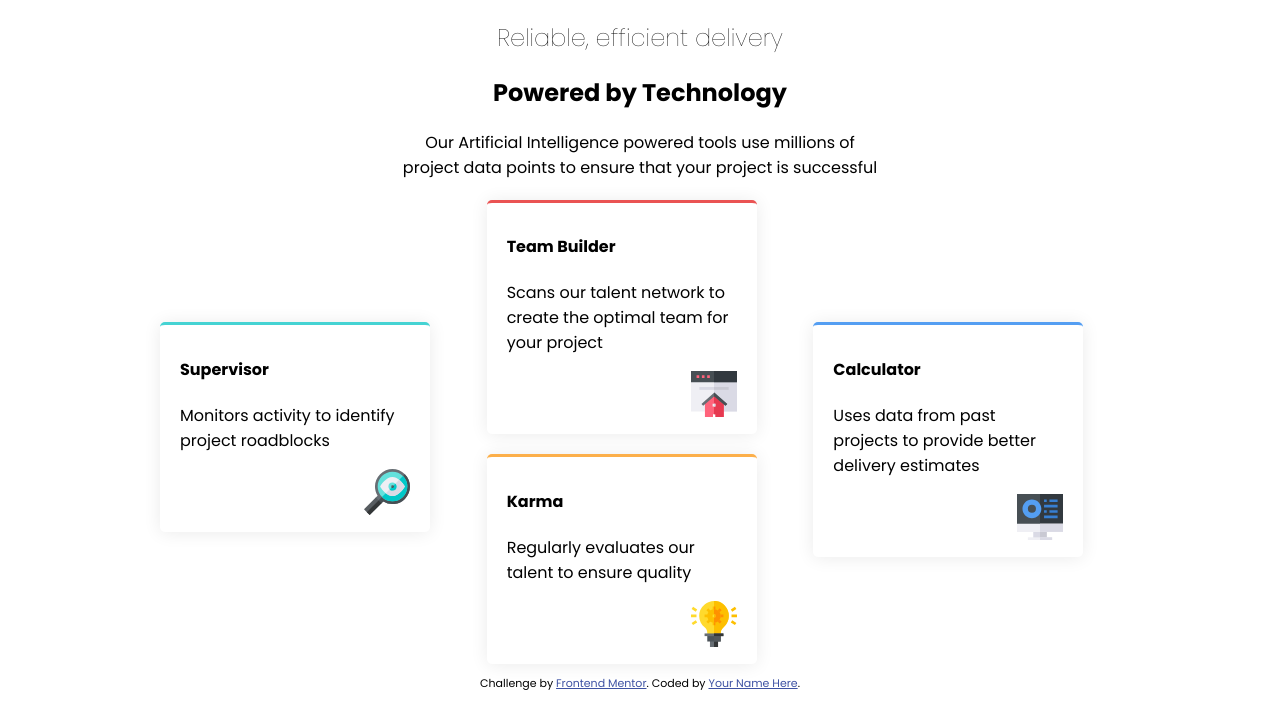
Repository: BuduCE/four-card-feature-section-master
Page: index.html
The author's editor kept a copy of each file at every save. The page is drawn from the files as they stood at one save, then again after the next save.
The browser window is 1280 px wide. The pictures show the whole page.

Above is the page before, as saved 2023-06-06 15:54:03.

### index.html
<!DOCTYPE html>
<html lang="en">
<head>
  <meta charset="UTF-8">
  <meta name="viewport" content="width=device-width, initial-scale=1.0"> <!-- displays site properly based on user's device -->

  <link rel="icon" type="image/png" sizes="32x32" href="./images/favicon-32x32.png">

  <title>Frontend Mentor | Four card feature section</title>

  <link rel="stylesheet" href="styles.css">
  <!-- Gogle font family -->
  <link rel="preconnect" href="https://fonts.googleapis.com">
  <link rel="preconnect" href="https://fonts.gstatic.com" crossorigin>
  <link
    href="https://fonts.googleapis.com/css2?family=Montserrat:ital,wght@0,200;0,300;0,400;0,500;0,600;0,700;0,800;0,900;1,200;1,300;1,400;1,500;1,600;1,700;1,800;1,900&family=Poppins:wght@100;200;300;400;500;700;900&display=swap"
    rel="stylesheet">
</head>
<body>
  <h2 class="light">Reliable, efficient delivery</h2>
  <h2>Powered by Technology</h2>

  <p class="header_detail">Our Artificial Intelligence powered tools use millions of project data points
  to ensure that your project is successful</p>

  <div class="product_card">
    <div class="card_containers">
      <div class="card specialX a">
        <h4>Supervisor</h4>
        <p>Monitors activity to identify project roadblocks</p>
        <img src="./images/icon-supervisor.svg" alt="">
      </div>
    </div>

    <div class="card_containers special">
      <div class="card b">
        <h4>Team Builder</h4>
        <p>Scans our talent network to create the optimal team for your project</p>
        <img src="./images/icon-team-builder.svg" alt="">
      </div>

      <div class="card c">
        <h4>Karma</h4>
        <p>Regularly evaluates our talent to ensure quality</p>
        <img src="./images/icon-karma.svg" alt="">
      </div>
    </div>

    <div class="card_containers">
      <div class="card specialX d">
        <h4>Calculator</h4>
        <p>Uses data from past projects to provide better delivery estimates</p>
        <img src="./images/icon-calculator.svg" alt="">
      </div>
    </div>
  </div>

  <footer>
    <p class="attribution">
      Challenge by <a href="https://www.frontendmentor.io?ref=challenge" target="_blank">Frontend Mentor</a>.
      Coded by <a href="#">Your Name Here</a>.
    </p>
  </footer>
</body>
</html>

### styles.css
.attribution {
    font-size: 11px;
    text-align: center;
}

.attribution a {
    color: hsl(228, 45%, 44%);
}

body {
    font-family: 'Poppins', sans-serif;
    text-align: center;
    width: 75%;
    margin: auto;
}
@media screen and (max-width: 728px) {
    body{
        width: 95%;
    }
}
.light{
    font-weight: lighter;
}
.header_detail{
    width: 50%;
    margin: auto;
}
.product_card{
    display: grid;
    grid-template-columns: 1fr 1fr 1fr;
    /* display: flex;
    align-items: center; */
    gap: 20px;
    width: 100%;
    margin: auto;
    margin-top: 20px;
}
@media screen and (max-width: 783px) {
    .product_card{
        grid-template-columns: 1fr;
    }
}
.card{
    padding: 10px 20px;
    width: 75%;
    text-align: left;
    -webkit-box-shadow: 0px 1px 18px 0px rgba(235, 235, 235, 1);
        -moz-box-shadow: 0px 1px 18px 0px rgba(235, 235, 235, 1);
        box-shadow: 0px 1px 18px 0px rgba(235, 235, 235, 1);
        border-radius: 5px;
}
.specialX{
    margin-top: 40%;
}
.special{
    display: flex;
    flex-direction: column;
    gap: 20px;
}
.a{
    border-top: 3px solid hsl(180, 62%, 55%);
}
.b{
    border-top: 3px solid hsl(0, 78%, 62%);
}
.c{
    border-top: 3px solid hsl(34, 97%, 64%);
}
.d{
    border-top: 3px solid hsl(212, 86%, 64%);
}
.card img{
    width: 20%;
    margin-left: 80%;
}

### images/icon-supervisor.svg
<svg xmlns="http://www.w3.org/2000/svg" width="64" height="64"><g fill="none"><path fill="#676E74" d="M56.842 7.158c-9.526-9.563-24.902-9.525-34.428 0-8.025 8.026-9.45 20.44-3.525 30.003l-2.513 2.55-1.356 6.144 4.214 4.214 5.093-2.408 2.512-2.55a24.254 24.254 0 0030.003-3.525c9.563-9.526 9.525-24.902 0-34.428z"/><path fill="#474F54" d="M24.327 47.661l2.512-2.55a24.254 24.254 0 0030.003-3.525c9.563-9.526 9.525-24.902 0-34.428l-40.26 40.26 2.652 2.651 5.093-2.408z"/><path fill="#64E1DC" d="M54.213 9.787a20.56 20.56 0 00-14.585-6.041C28.236 3.746 19 12.98 19 24.372a20.564 20.564 0 006.041 14.586 20.564 20.564 0 0014.586 6.04c11.392 0 20.626-9.234 20.626-20.626a20.56 20.56 0 00-6.041-14.585z"/><path fill="#00C8C8" d="M60.254 24.372a20.56 20.56 0 00-6.041-14.585l-29.17 29.17A20.564 20.564 0 0039.627 45c11.392 0 20.626-9.235 20.626-20.627z"/><path fill="#EFEFF4" d="M56.239 23.41c-.184-.307-2.98-4.914-7.281-8.368-2.63-2.113-5.822-3.796-9.33-3.796-9.242 0-16.314 11.669-16.61 12.165l-.576.961.575.961c.184.309 2.98 4.916 7.28 8.37 2.631 2.112 5.823 3.795 9.33 3.795 9.243 0 16.315-11.668 16.612-12.165l.574-.96-.574-.962z"/><path fill="#DADAE5" d="M56.239 25.333l.574-.96-.574-.962c-.184-.308-2.98-4.915-7.281-8.369l-18.66 18.66c2.63 2.113 5.822 3.796 9.33 3.796 9.242 0 16.314-11.668 16.61-12.165z"/><path fill="#64E1DC" d="M43.604 20.396a5.607 5.607 0 00-3.976-1.65 5.632 5.632 0 00-5.626 5.626c0 1.551.631 2.958 1.65 3.976a5.609 5.609 0 003.976 1.65 5.632 5.632 0 005.625-5.626c0-1.55-.63-2.957-1.649-3.976z"/><path fill="#00C8C8" d="M45.253 24.372c0-1.55-.63-2.957-1.649-3.976l-7.952 7.952a5.608 5.608 0 003.976 1.65 5.632 5.632 0 005.625-5.626z"/><path fill="#676E74" d="M40.954 23.046a1.876 1.876 0 10-1.326 3.2 1.876 1.876 0 001.326-3.2z"/><path fill="#474F54" d="M41.503 24.372c0-.517-.21-.986-.55-1.326l-2.65 2.652a1.876 1.876 0 003.2-1.326z"/><path fill="#575C60" d="M20.333 43.667l-3.957-3.957L0 56.049l3.975 3.976L7.951 64l16.376-16.339z"/><path fill="#333637" d="M24.327 47.661l-3.994-3.994L3.975 60.025 7.951 64z"/></g></svg>

After the next save:
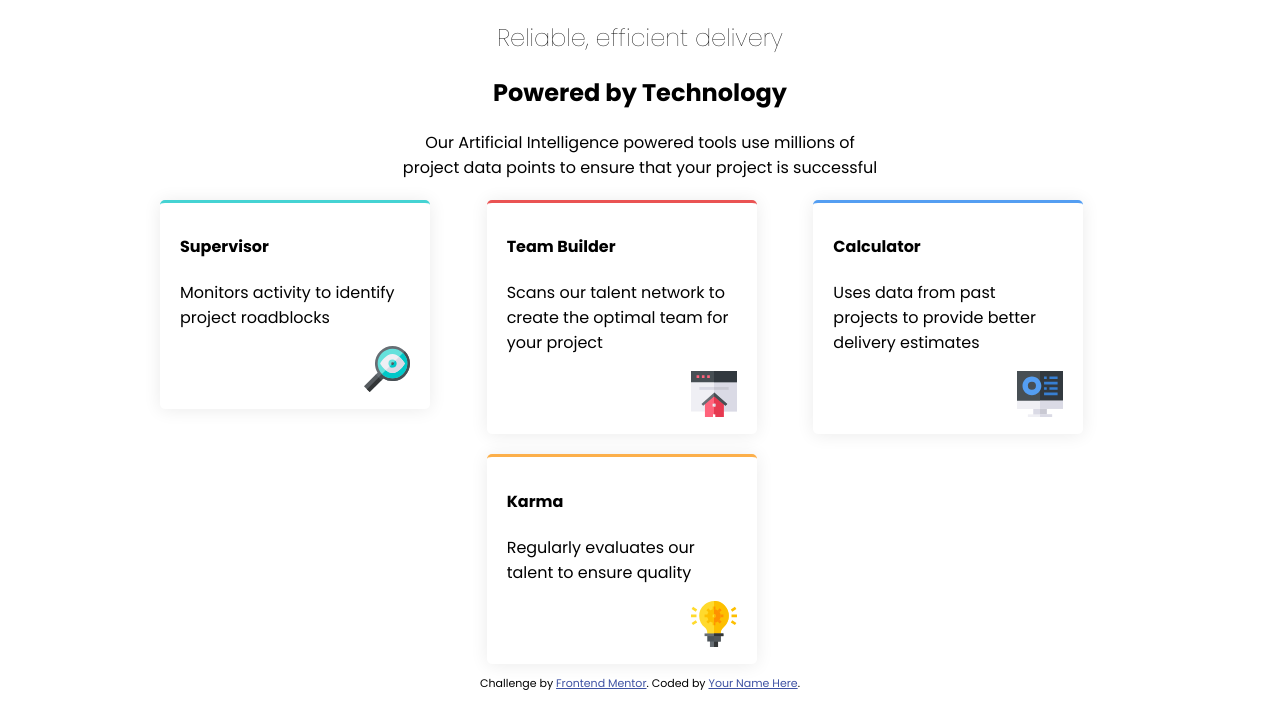
Saved 10 s later.
--- a/styles.css
+++ b/styles.css
@@ -50,7 +50,7 @@
         border-radius: 5px;
 }
 .specialX{
-    margin-top: 40%;
+    /* margin-top: 40%; */
 }
 .special{
     display: flex;

After the save that followed:
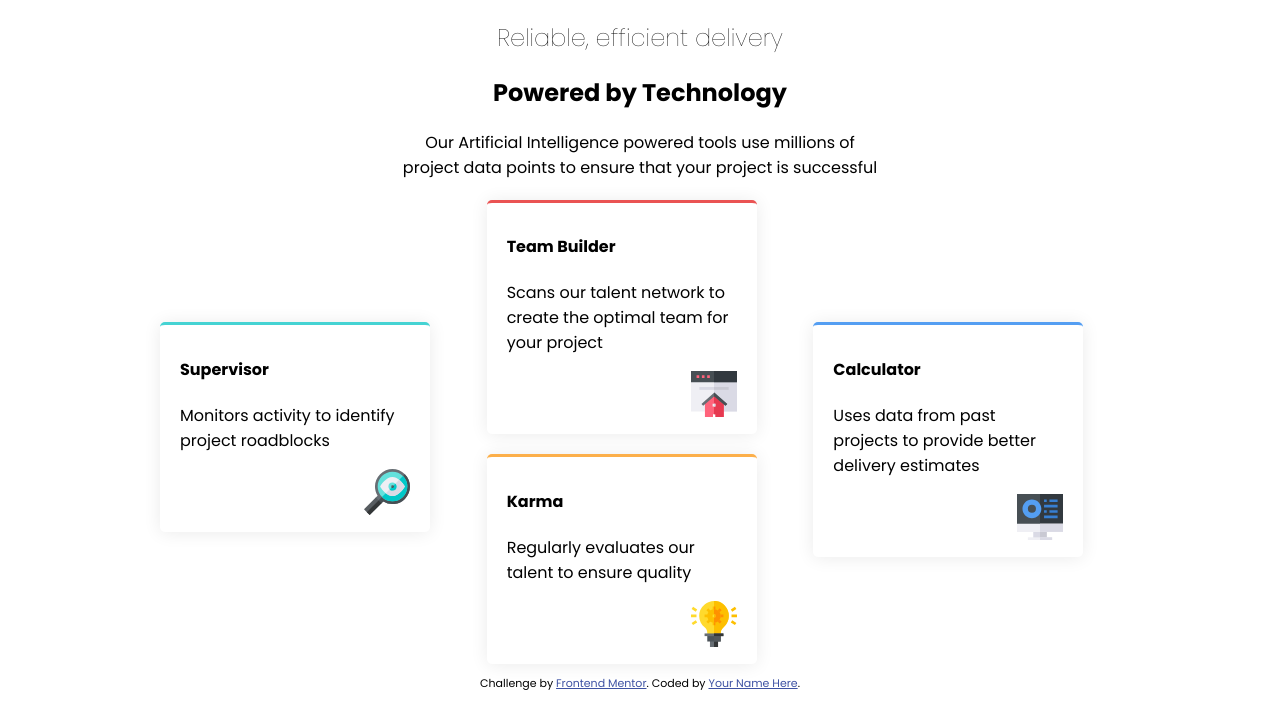
Saved 23 s later.
--- a/styles.css
+++ b/styles.css
@@ -50,7 +50,7 @@
         border-radius: 5px;
 }
 .specialX{
-    /* margin-top: 40%; */
+    margin-top: 40%;
 }
 .special{
     display: flex;
